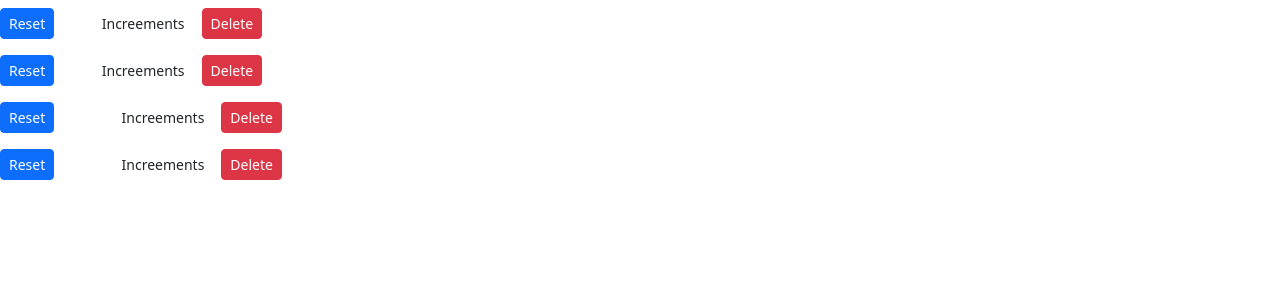
Repository: atulbihari94/counter-app
Page: / (app in counter-app/)
An editor plug-in stored every save of this project. The page is shown before and after the next save, followed by the edit.
The browser window is 1280 px wide. The pictures show the whole page.
The project was rebuilt for these pictures with package versions that can differ from the ones it lists, and the page was loaded fresh each time.

Above is the page before, as saved 2019-09-27 00:54:40.

After the next save:
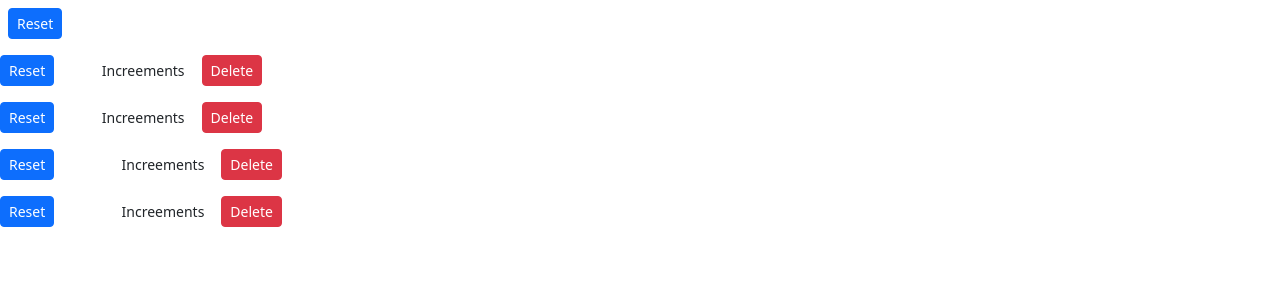
Saved 2 min 58 s later.
--- a/counter-app/src/components/counters.jsx
+++ b/counter-app/src/components/counters.jsx
@@ -18,6 +18,12 @@ class Counters extends Component {
   render() {
     return (
       <div>
+                  <button
+          onClick={this.handleReset}
+          className="btn btn-primary btn-sm m-2"
+        >
+          Reset
+        </button>
         {this.state.counters.map(counter => (
           <Counter
             key={counter.id}
